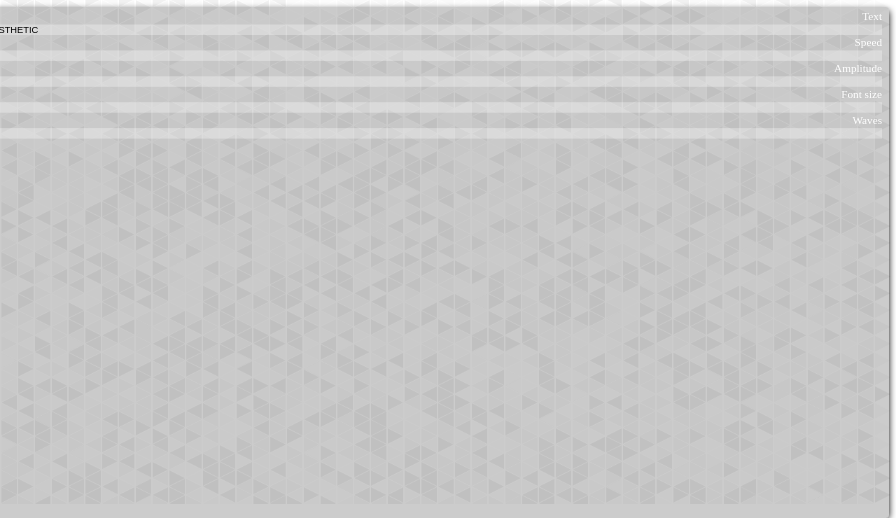
Repository: Aaquib111/Aaquib111.github.io
Page: index.html
The author's editor kept a copy of each file at every save. The page is drawn from the files as they stood at one save, then again after the next save.
The browser window is 1280 px wide. The pictures show the part of the page from y = 0 to 1920 px (the page is 740 px tall before and 6486 px after), at 70% of full size.

Above is the page before, as saved 2021-05-10 23:06:29.
Console error: TypeError: Cannot set properties of null (setting 'innerHTML')

After the next save:
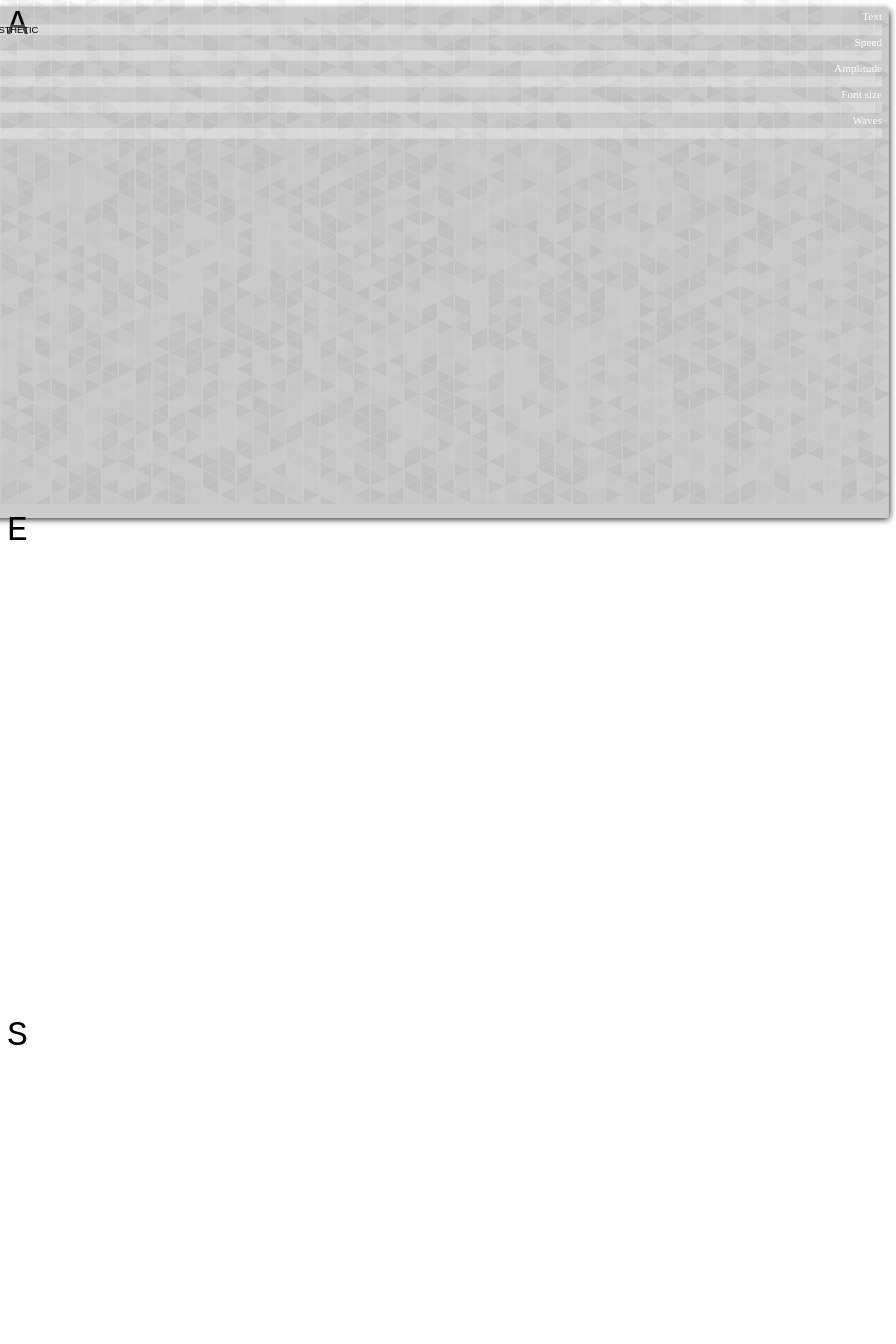
The error is gone.
Saved 68 s later.
--- a/index.html
+++ b/index.html
@@ -7,7 +7,7 @@
     </head>
     <body>
        <canvas id="canvas" width=""></canvas>
-       <script src="js\background.js"></script>
+
        <div id="inputs">
         Text <input type="text" placeholder="ENTER STRING PLS" value="AESTHETIC" id="texty"><br>
         Speed <input type="number" id="omegset" step="0.1" value="1.8"><br>
@@ -16,5 +16,8 @@
         Waves <input type="number" id="waves" step='0.1' value='4' min='0' max='8'><br>
       </div>
        <div id="wrap"></div>
+
+
+       <script src="js\background.js"></script>
     </body>
 </html>
